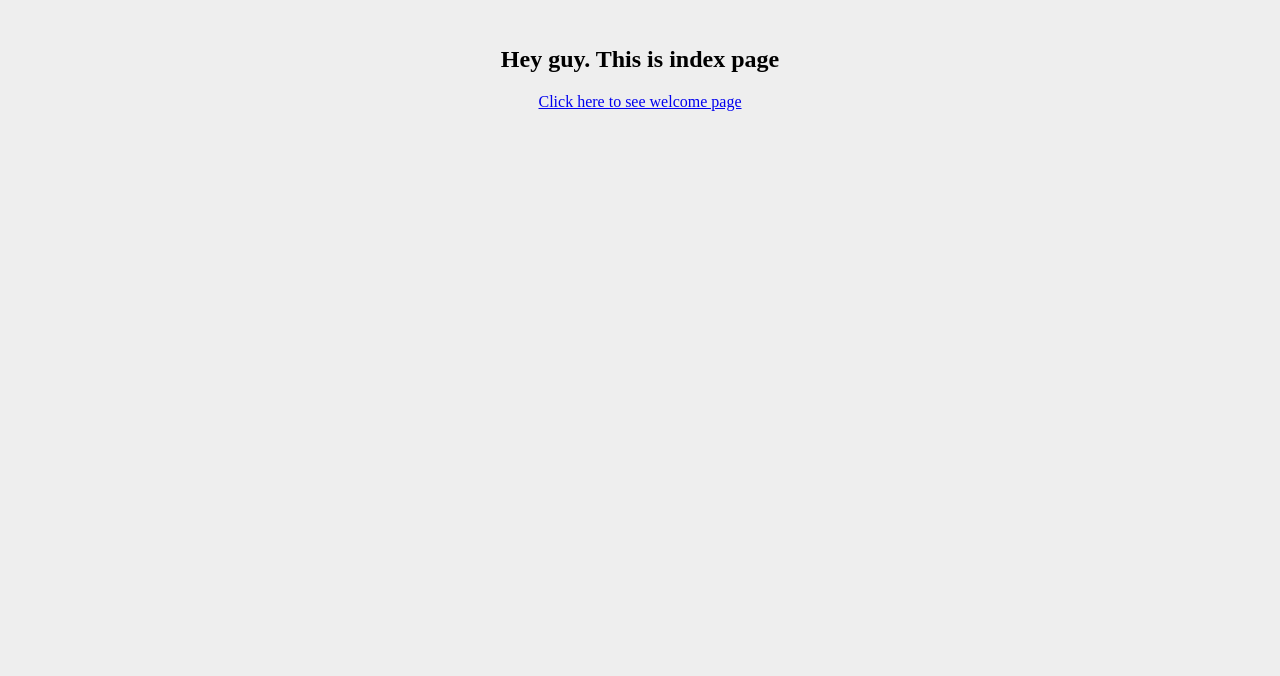
Repository: LeHaTrang1610/Hoc2017
Page: http://localhost/springmvctutorial/
These files come from the project's save history. The page is drawn as it stood at one moment and after the next save; the edit follows.
The browser window is 1280 px wide. The pictures show the whole page.
The page is served by Tomcat 9.

Above is the page before, as saved 2016-12-31 17:46:53.
Console error: SyntaxError: missing ) after argument list

After the next save:
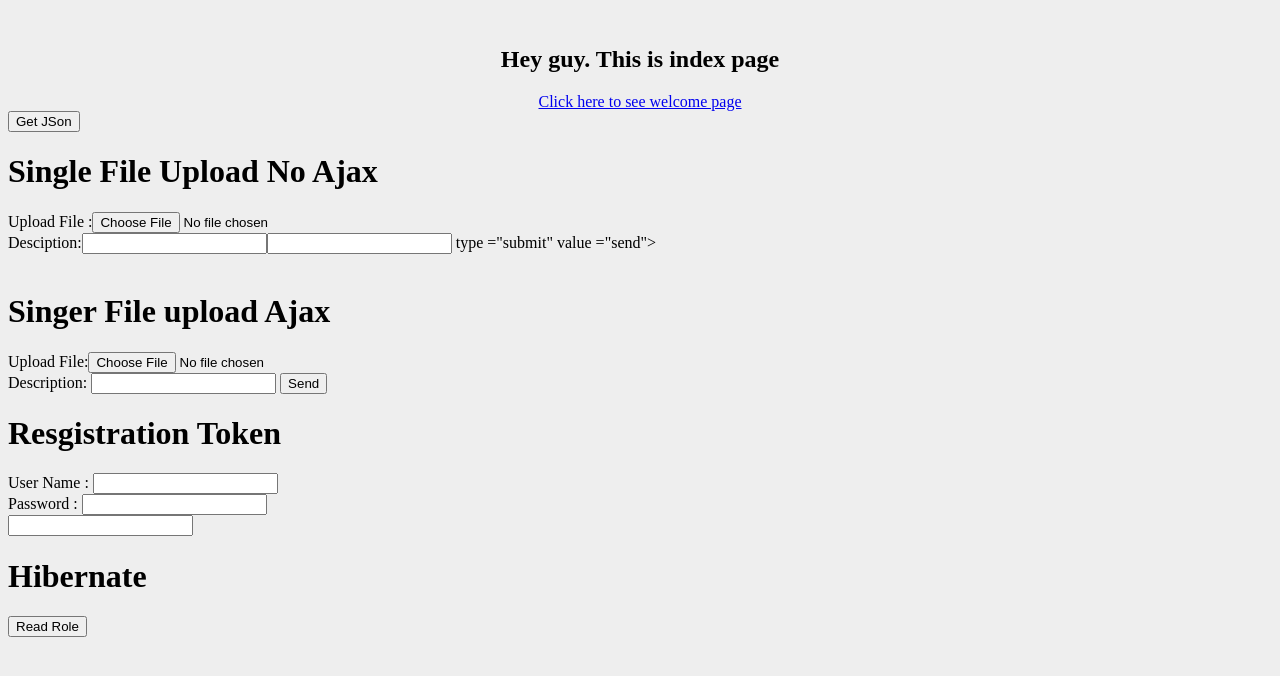
Console error: ReferenceError: $ is not defined
Saved 33 h 13 min later.
--- a/javaWeb/springmvctutorial/WebContent/index.jsp
+++ b/javaWeb/springmvctutorial/WebContent/index.jsp
@@ -86,8 +86,33 @@ $(document).ready(function(){
 	}
 
 	/* registration return token */
-	$('#registration'')
-})
+	$('#registration').click(function() {
+		var json = {
+				"userName " : $ ('#txtUserName').val(),
+				"password " : $('#txtPassword').val(),
+				"email"     :$('txtEmail').val()
+		};
+		$.ajax({
+			url : "user/registration",
+			type :"POST",
+			data :JSon.stringify(json),
+			beforeSend:function(xhr){
+				cosole.log("heheeee");
+				xhr.setRequestHeader("Accept","application/json");
+				xhr.setRequestHeader("Content-Type","application/json");
+			},
+			success :function(res){
+				if(res.data ==true){
+					document.getElementById("alert").innerHTML= "Registration was successfully";
+				}else{
+					document.getElementById("alert").innerHTML =res.message;
+
+				}
+			}
+			});
+
+	});
+});
 
 
 </script>
@@ -96,7 +121,33 @@ $(document).ready(function(){
 	<br>
 	<div style="text-align: center">
 		<h2>Hey guy. This is index page</h2>
-		<a href="Trang">Click here to see welcome page</a>
+		<a href="Welcome">Click here to see welcome page</a>
 	</div>
+	<!-- demo forn json -->
+	<button id ="btnGetJson">Get JSon</button></br/>
+	<!-- Singer file upload no ajax -->
+	<h1>Single File Upload No Ajax</h1>
+	<form mehtod ="POST" enxtype ="multipart/form-data" action ="upload-file-no-ajax">
+	Upload File :<input type ="file" name ="myfile"><br>
+	Desciption:<input type="text" name ="myFileName"/><input> type ="submit" value ="send">
+
+
+	</form><br/>
+
+	<!-- Singer File Upload with Ajax -->
+	<h1>Singer File upload Ajax</h1>
+	Upload File:<input type ="file" id "myFile"/><br/>
+	Description: <input type="text" ip="txtFileName"/>
+	<input type="button" id "subbutton value ="Send"/>
+
+	<!-- Registration  -->
+	<h1>Resgistration Token</h1>
+	User Name : <input type ="text" id ="txtUserName/><br/>
+	Email: <input type ="text" id="txtEmail"/><br/>
+	Password : <input type="password" id "txtPassword"/><br/>
+	<input id ="alert"></div>
+
+	<h1>Hibernate</h1>
+	<button id ="btnRole">Read Role</button>
 </body>
 </html>
